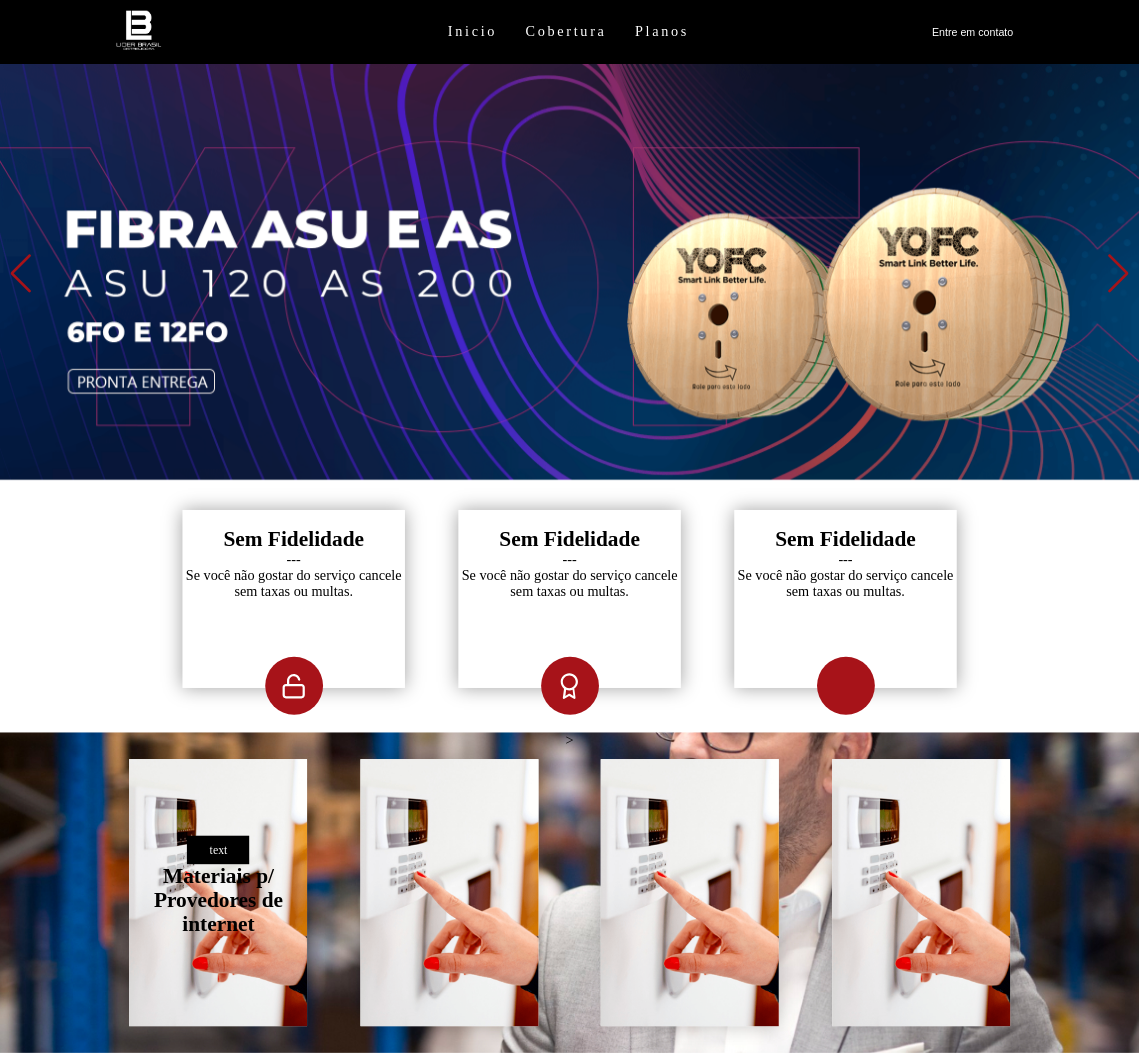
Repository: mateus-henrique-silva/Novo_institucional_lider
Page: index.html
These files come from the project's save history. The page is drawn as it stood at one moment and after a run of saves; the edit follows.
The browser window is 1280 px wide. The pictures show the whole page, at 89% of full size.
The pointer rests on the first visible `.products`.
Backgrounds fixed to the window are drawn as part of the page. Some web fonts or font styles are not loaded; a fallback is used.

Above is the page before, as saved 2022-09-06 10:08:46.
Console error: SyntaxError: Identifier 'MobileNavbar' has already been declared

### index.html
<!DOCTYPE html>
<html lang="en">
  <head>
    <meta charset="UTF-8" />
    <meta http-equiv="X-UA-Compatible" content="IE=edge" />
    <meta name="viewport" content="width=device-width, initial-scale=1.0" />
    <meta
      name="viewport"
      content="width=device-width, user-scalable=yes, initial-scale=1.0, maximum-scale=10, minimum-scale=1.0"
    />
    <link rel="stylesheet" href="./src/CSS/Global.css" />
    <link rel="stylesheet" href="./src/CSS/Header/style.css" />
    <link rel="stylesheet" href="./src/CSS/Main/style.css" />
    <link rel="stylesheet" href="./src/CSS/Main/Carousel/styles.css" />
    <link rel="stylesheet" href="./src/CSS/Main/Box/style.css" />
    <link rel="stylesheet" href="./src/CSS/Main/Products/style.css" />
    <link
      rel="stylesheet"
      href="https://unpkg.com/swiper@8/swiper-bundle.min.css"
    />

    <title>Líder Brasil</title>
  </head>
  <body>
    <header>
      <nav>
        <a class="logo"
          ><img src="./src/Assets/Logo/lb.png" width="50" alt=""
        /></a>
        <div class="mobile-menu">
          <div class="line1"></div>
          <div class="line2"></div>
          <div class="line3"></div>
        </div>
        <ul class="nav-list">
          <li><a href="#network index.html">Inicio</a></li>
          <li><a href="#map-container">Cobertura</a></li>
          <li><a href="#container">Planos</a></li>
        </ul>
        <ul>
          <li style="list-style: none; font-size: 10px">
            <a
              href="#"
              style="
                font-size: 12px;
                padding: 10px;
                font-family: arial;
                color: white;
              "
              onclick="openForm()"
              class="contact-header"
              >Entre em contato</a
            >
          </li>
        </ul>
      </nav>
    </header>
    <main>
      <section>
        <div class="swiper">
          <div class="swiper-wrapper">
            <div class="swiper-slide">
              <div class="project-img">
                <img
                  src="./src/Assets/img/carrossel/desktop/drop-desktop.png"
                  alt="Foto 01"
                />
              </div>
              <div class="project-img" id="mobile-img">
                <img
                  src="./src/Assets/img/carrossel/mobile/drop-mobile.png"
                  alt="Foto 03"
                />
              </div>
            </div>
            <div class="swiper-slide">
              <div class="project-img">
                <img
                  src="./src/Assets/img/carrossel/desktop/escada-desktop.png"
                  alt="Foto 01"
                />
              </div>
              <div class="project-img" id="mobile-img">
                <img
                  src="./src/Assets/img/carrossel/mobile/escada-mobile.png"
                  alt="Foto 03"
                />
              </div>
            </div>
            <div class="swiper-slide">
              <div class="project-img">
                <img src="./src/Assets/img/teste6.png" alt="Foto 01" />
              </div>
              <div class="project-img" id="mobile-img">
                <img src="./src/Assets/img/foto_03.png" alt="Foto 03" />
              </div>
            </div>
          </div>
          <div class="swiper-button-next"></div>
          <div class="swiper-button-prev"></div>
          <div class="swiper-pagination"></div>
        </div>
      </section>
      <section>
        <div class="section-box">
          <!-- card 1 -->

          <ul>
            <li class="box">
              <div class="box-inter">
                <h1>Sem Fidelidade</h1>
                <p>---</p>

                <p>
                  Se você não gostar do serviço cancele sem taxas ou multas.
                </p>
              </div>

              <div class="obj">
                <img
                  src="./src/Assets/img/icons/unlock.svg"
                  alt="arrowup"
                  srcset=""
                />
              </div>
            </li>
            <!-- card 2 -->
            <li class="box">
              <div class="box-inter">
                <h1>Sem Fidelidade</h1>
                <p>---</p>

                <p>
                  Se você não gostar do serviço cancele sem taxas ou multas.
                </p>
              </div>

              <div class="obj">
                <img
                  src="./src/Assets/img/icons/award.svg"
                  alt="arrowup"
                  srcset=""
                />
              </div>
            </li>
            <!-- card 3 -->
            <li class="box">
              <div class="box-inter">
                <h1>Sem Fidelidade</h1>
                <p>---</p>

                <p>
                  Se você não gostar do serviço cancele sem taxas ou multas.
                </p>
              </div>

              <div class="obj">
                <img
                  src="./src/Assets/img/icons/chevrons-up.svg"
                  alt="arrowup"
                  srcset=""
                />
              </div>
            </li>
          </ul>
        </div>
      </section>

      <section>
        <div class="background">
          <img
            class="img"
            src="./src/Assets/img/icons/aBlack.svg"
            alt=""
            srcset=""
          />

          <ul>
            <li>
              <div class="products">
                <button>text</button>
                <div>
                  <h2>Materiais p/ Provedores de internet</h2>
                </div>

              </div>
            </li>

            <li>
              <div class="products">
                <button>text</button>
              </div>
            </li>>
            </li>
            <li>
              <div class="products">
                <button>text</button>
              </div>
            </li>
            <li>
              <div class="products">
                <button>text</button>
              </div>
            </li>
          </ul>
        </div>
      </section>
    </main>
    <footer></footer>
    <script src="https://unpkg.com/swiper@8/swiper-bundle.min.js"></script>
    <script src="./src/Scripts/Carousel/scripts.js"></script>
    <script src="./src/Scripts/Mobile/scripts.js"></script>
    <script src="./src/Scripts/Global.js"></script>
  </body>
</html>

### src/CSS/Global.css
@import url("https://fonts.googleapis.com/css2?family=Montserrat:ital,wght@0,100;0,200;0,300;0,400;0,500;0,600;0,700;0,800;0,900;1,100;1,200;1,300;1,400;1,500;1,600;1,700;1,800;1,900&family=Source+Serif+Pro:ital,wght@0,200;0,300;0,400;0,600;0,700;0,900;1,200;1,300;1,400;1,600;1,700;1,900&display=swap");

* {
  font-family: 'Source Serif Pro', serif;
  margin: 0;
  padding: 0;
  border: 0;

}


body{

}

### src/CSS/Header/style.css
header {
  width: 100%;
  background-color: black;
  margin-top: 0;
}
a {
  color: black;
  text-decoration: none;
  transition: 0.3s;
}

a:hover {
  opacity: 0.7;
}

.logo {
  align-items: center;
  width: 6%;

  text-transform: uppercase;
  letter-spacing: 4px;
}

.logo h1 {
  font-size: 12px;
}

nav {
  display: flex;
  z-index: 1;

  width: 100%;
  margin-top: 0;

  justify-content: space-around;
  align-items: center;
  background-color: black;
  height: 10vh;
}

.nav-list {
  text-align: center;
  justify-content: center;
  list-style: none;
  display: flex;
  z-index: 1;
}

.nav-list li {
  letter-spacing: 3px;
  margin-left: 32px;
}
.nav-list li a {
  color: white;
}
.nav-list li a:hover {
  color: #ff073b;
}

.mobile-menu {
  display: none;
  margin-left: 80px;
  cursor: pointer;
}

.mobile-menu div {
  transition: 0.3s;

  width: 32px;
  height: 2px;
  background: white;
  margin: 8px;
}

@media (max-width: 950px) {
  body {
    overflow-x: hidden;
  }

  .nav-list {
    position: absolute;
    top: 7vh;
    right: 0;
    width: 100vw;
    height: 100vh;
    background-color: white;
    flex-direction: column;
    color: white;
    /* align-items: center; */
    display: none;
    justify-content:flex-start;
    transition: 0.4s ease-in;
    /* justify-content: space-around; */
    transform: translateX(100%);
  }

  .nav-list li {
    margin-top:100px;
    margin-left: 0;
    opacity: 0;
  }

  .mobile-menu {
    display: block;
  }
  .contact-header {
    display: none;
  }

  .logo {
    margin-left:10px;
    width: 60%;
  }
}

.nav-list.active {
  transition: 0.3s;
  overflow-y: hidden;
  position: fixed;
  z-index: 10000;
  background-color: black;
  transform: translateX(0);
  display: flex;
}

.nav-list.active li {
  color: white!important;
  font-weight:bold;
}

.nav-list.active li {
  color: white;
}

@keyframes navLinkFade {
  from {
    opacity: 0;
    transform: translateX(50px);
  }

  to {
    opacity: 1;
    transform: translateX(0);
  }
}

.mobile-menu.active .line1 {
  transform: rotate(-45deg) translate(-8px, 8px);
}

.mobile-menu.active .line2 {
  opacity: 0;
}

.mobile-menu.active .line3 {
  transform: rotate(45deg) translate(-5px, -7px);
}

### src/CSS/Main/style.css
main{
    width: 100%;
    height: 100%;

    max-width: 100vw;
}


section{

    width: 100%;
    max-width: 100vw;
    height: 100%;
}


ul li {
    list-style: none;
}

### src/CSS/Main/Carousel/styles.css
.swiper {
    height: 100%!important;

  }

  .swiper-slide {
    text-align: center;
    display: flex;
    height: 100%!important;
    align-items: center;
    justify-content: center;
  }

  @media (max-width: 450px) {
    .swiper {
      height: 270px;
    }

    .project-img img{
      width: 100%;
      height: 100%!important;
    }
  }

  .project-img img{
    width: 100%;
    /* height: 80vh; */
  }



  .swiper-pagination-bullet{
    color: white !important;
    /* margin-top:-10px!important; */
    background-color:white !important;
  }

  /*
    largura => 3840
    Altura => 420

  */


  .swiper-button-next:after, .swiper-button-prev:after{
    color:#a71319 !important;
  }

  #mobile-img{
    display: none;
  }


  @media(max-width:999px){
    #mobile-img{
      display: block!important;
    }


    .project-img{
      display:none;
    }
  }


.menu{
  display:flex;
  flex-direction:column;
}

### src/CSS/Main/Box/style.css
.section-box {
  width: 100%;

  justify-content: center;
  align-items: center;
  display: flex;
}

.box {
  display: flex;
  flex-direction: column;
  /* justify-content: center; */

  justify-content: flex-end;
  align-items: center;
  height: 100%;
  margin: 30px;
  margin-bottom: 20px;
  /* width: 100%; */
  /* background-color: red; */
}

@media (max-width: 770px) {
  .section-box {
    width: 100%;
    justify-content: space-around;
    flex-direction: column;
    display: flex;
  }

  .box-inter {
    background-color: white;
    height: 100px;
    width: 200px;
    /* width: 100%; */
  }
}

@media (max-width: 480px) {
  .box-inter {
    height: 170px !important;
    width: 170px !important;
    /* width: 100%; */
  }

  .obj {
    height: 45px !important;

    margin-top: -35px;
    width: 45px !important;
  }

  .obj img {
    width: 20px !important;
  }
}

.box-inter {
  background-color: white;
  height: 200px;
  width: 250px;
  -webkit-box-shadow: 0px 0px 20px 0px rgba(0, 0, 0, 0.37);
  box-shadow: 0px 0px 20px 0px rgba(0, 0, 0, 0.37);
  display: flex;

  flex-direction: column;
  align-items: center;
  text-align: center;

  /* width: 100%; */
}

.box-inter h1 {
  margin-top: 20px;
  font-size: clamp(1em, 1em + 1vw, 1.5em);
}

.box p {
  font-size: clamp(1em, 1em + 0.5vw, 0.5em);
}
.obj {
  background-color: #a71319;
  height: 65px;

  border-radius: 50%;
  display: flex;
  align-items: center;
  justify-content: center;
  margin-top: -35px;
  width: 65px;
}

.obj img {
  width: 30px;
}

.section-box ul {
  display: flex;
  overflow-x: auto;
  width: 100%;
  justify-content: center;
  scroll-behavior: smooth;
}

.section-box .img-arrow {
  display: none;
}

@media (max-width: 600px) {
  .section-box .img-arrow {
    display: flex;
    justify-content: flex-end;

    animation: mymove 0.8s infinite;
  }
  .section-box ul {
    display: flex;
    overflow-x: auto;
    width: 100%;
    justify-content: flex-start;
    scroll-behavior: smooth;
  }
  @keyframes mymove {
    from {
      left: 280px;
    }
    to {
      left: 300px;
    }
  }
}

### src/CSS/Main/Products/style.css
.background {
  width: 100%;
  background: url("../../../Assets/img/Background/medio.jpg") no-repeat center
    fixed;
  height: 100%;
  display: flex;
  justify-content: space-around;
  justify-content: center;
  align-items: center;
}
.background ul {
  display: flex;
  overflow-x: auto;
  overflow-y: hidden;
  scroll-behavior: smooth;
  /* width: 100px; */
}
.background img {
  display: none;
}

.background ul li .products .img {
  display: flex;
}

.products {
  margin: 30px;
  background: url("../../../Assets/img/Background/products/alarme.png")
    no-repeat center;
  background-size: 100%;
  justify-content: flex-end;
  height: 300px;
  width: 200px;
  -webkit-box-shadow: 0px 0px 20px 0px rgba(0, 0, 0, 0.2) !important;
  box-shadow: 0px 0px 20px 0px rgba(0, 0, 0, 0.2) !important;
  background-color: white;
  display: flex;
  text-align: center;
  flex-direction: column;
  align-items: center;
  box-sizing: border-box;
}

.products div h2 {
  margin-bottom: 15px;
}
.products:hover {
  justify-content:center;

}
@media (max-width: 600px) {
  .background .img {
    position: absolute;
    margin-top: 170px;
    display: flex;
    justify-content: flex-end;
    animation: mymove 0.8s infinite;
  }

  @keyframes mymove {
    from {
      left: 280px;
    }
    to {
      left: 300px;
    }
  }
}

.products button {
  background-color: black;
  display: none;
  color: white;
  cursor: pointer;
  padding: 8px 25px 8px;
}

.products:hover button {
  background-color: black;
  display: flex;

  color: white;
  cursor: pointer;
  padding: 8px 25px 8px;
}

### src/Scripts/Mobile/scripts.js
class MobileNavbar{


    constructor(mobileMenu, navList, navLinks){
        this.mobileMenu = document.querySelector(mobileMenu);
        this.navList = document.querySelector(navList);
        this.navLinks = document.querySelectorAll(navLinks);
        this.activeClass = "active";
        this.hadleClick =  this.hadleClick.bind(this);


    }

    animateLinks(){
        this.navLinks.forEach((link, index)=>{

            var calc = index/7+0.3;


            link.style.animation
            ?(link.style.animation="")
            :(link.style.animation= `navLinkFade 0.5s ease forwards ${calc}s`);


        });


    }


    hadleClick(){


        this.navList.classList.toggle(this.activeClass);
        this.mobileMenu.classList.toggle(this.activeClass);
        this.animateLinks();
    }

    addClickEvent(){
        this.mobileMenu.addEventListener("click", this.hadleClick);


    }

    init(){

        if(this.mobileMenu){

            this.addClickEvent();
        }
        return this;
    }
    }



    const mobileNavbar = new MobileNavbar(

        ".mobile-menu",

        ".nav-list",

        ".nav-list li",


        );


    mobileNavbar.init();

### src/Scripts/Global.js
document.onmousedown=disableclick;
function disableclick(event)
{
  if(event.button==2)
   {
     return false;
   }
}

### src/Assets/img/icons/award.svg
<?xml version="1.0" encoding="utf-8"?>
<!-- Generator: Adobe Illustrator 24.0.1, SVG Export Plug-In . SVG Version: 6.00 Build 0)  -->
<svg version="1.1" id="Camada_1" xmlns="http://www.w3.org/2000/svg" xmlns:xlink="http://www.w3.org/1999/xlink" x="0px" y="0px"
	 viewBox="0 0 24 24" style="enable-background:new 0 0 24 24;" xml:space="preserve">
<style type="text/css">
	.st0{fill:#FFFFFF;}
</style>
<path class="st0" d="M19.5,8.1c0-4.3-3.5-7.7-7.7-7.7S4,3.9,4,8.1c0,2.5,1.2,4.7,3,6.1l-1.1,8.3c0,0.4,0.1,0.7,0.4,0.9
	c0.3,0.2,0.7,0.2,1,0l4.3-2.6l4.3,2.6c0.2,0.1,0.3,0.1,0.5,0.1c0.2,0,0.4-0.1,0.5-0.2c0.3-0.2,0.5-0.6,0.4-0.9l-1.1-8.3
	C18.3,12.8,19.5,10.6,19.5,8.1z M5.9,8.1c0-3.2,2.6-5.8,5.8-5.8s5.8,2.6,5.8,5.8s-2.6,5.8-5.8,5.8S5.9,11.3,5.9,8.1z M15.4,20.8
	l-3.1-1.9c-0.3-0.2-0.7-0.2-1,0l-3.1,1.9l0.7-5.5c0.9,0.4,1.9,0.6,2.9,0.6c1,0,2-0.2,2.9-0.6L15.4,20.8z"/>
</svg>

### src/Assets/img/icons/chevrons-up.svg
<svg xmlns="http://www.w3.org/2000/svg" width="24" height="24" viewBox="0 0 24 24" fill="none" stroke="" stroke-width="2" stroke-linecap="round" stroke-linejoin="round" class="feather feather-chevrons-up"><polyline points="17 11 12 6 7 11"></polyline><polyline points="17 18 12 13 7 18" color="white"></polyline></svg>

After the next 7 saves:
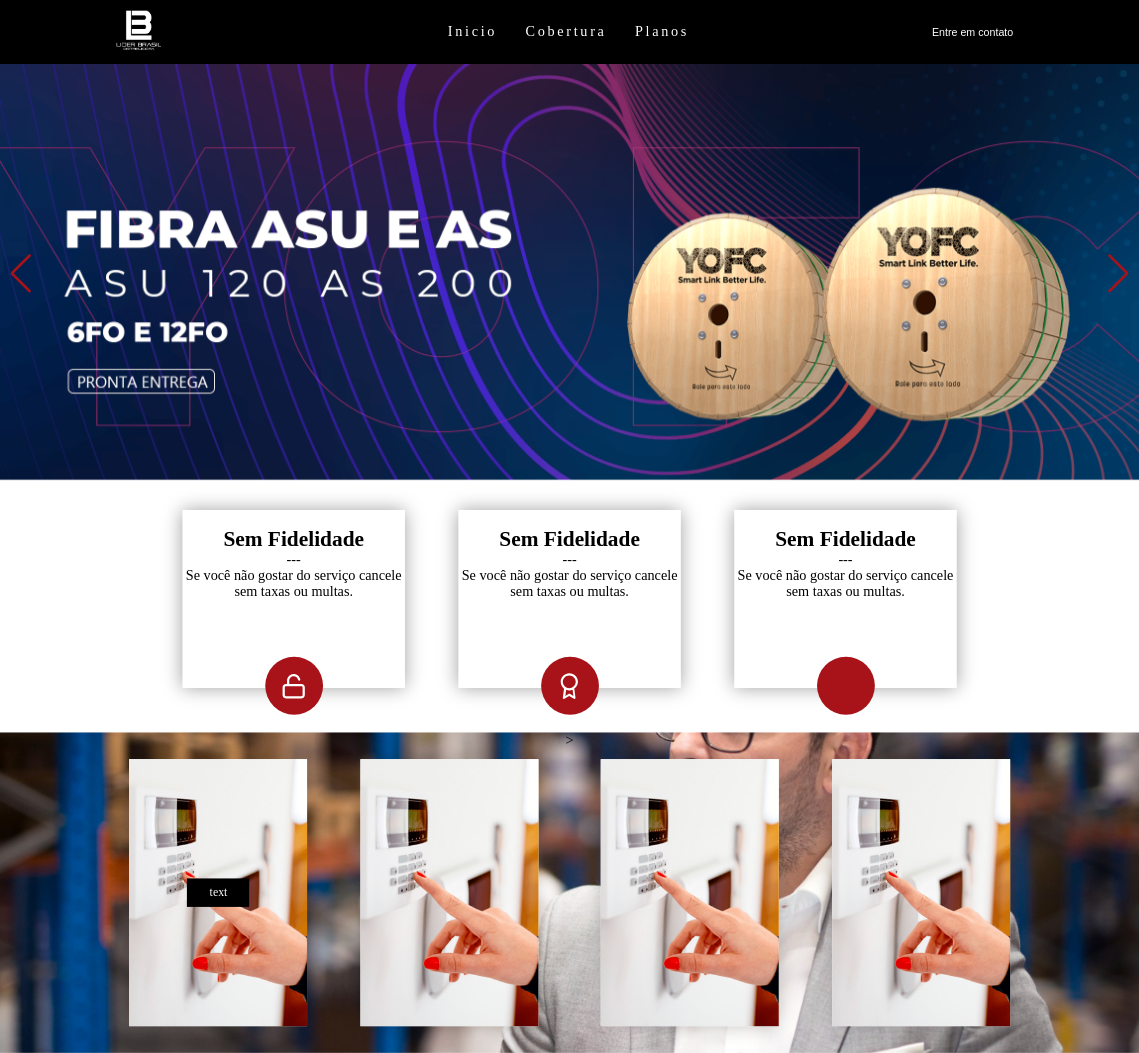
The 7 saves are shown as one change because they came seconds apart.
The last was saved 33 s later.
--- a/src/CSS/Main/Products/style.css
+++ b/src/CSS/Main/Products/style.css
@@ -48,6 +48,9 @@
   justify-content:center;
 
 }
+.products:hover div h2{
+  display:none;
+}
 @media (max-width: 600px) {
   .background .img {
     position: absolute;
